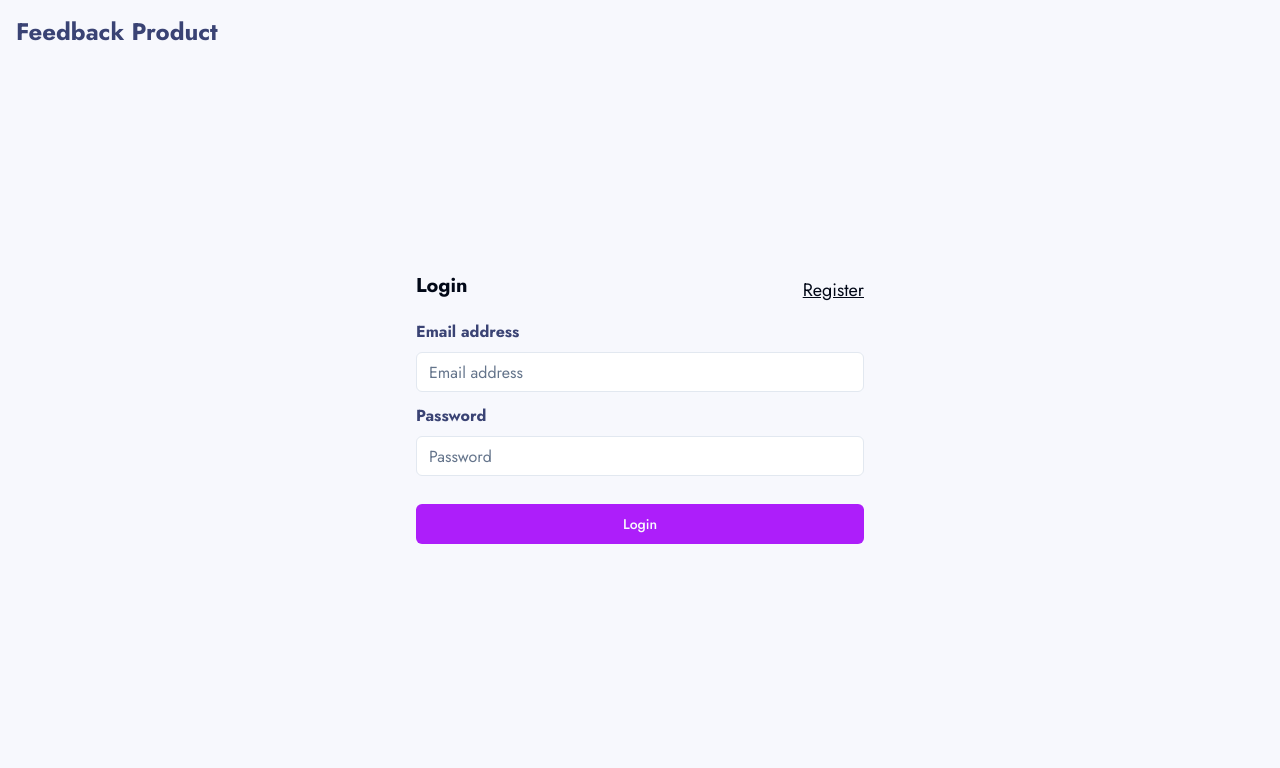
Repository: KornelJanczak/product-feedback-app
Page: /login
These files come from the project's save history. The page is drawn as it stood at one moment and after the next save; the edit follows.
The browser window is 1280 px wide. The pictures show the whole page.
The page's requests for data from a server got no answer. The project was rebuilt for these pictures with package versions that can differ from the ones it lists, and the page was loaded fresh each time. The framework's server and built-in components were replaced by stand-ins that run in the browser. No one was signed in, and anything a server would have sent is missing. Also part of the build but not shown: next.config.js, next.config.mjs.

Above is the page before, as saved 2024-01-28 19:47:52.

After the next save:
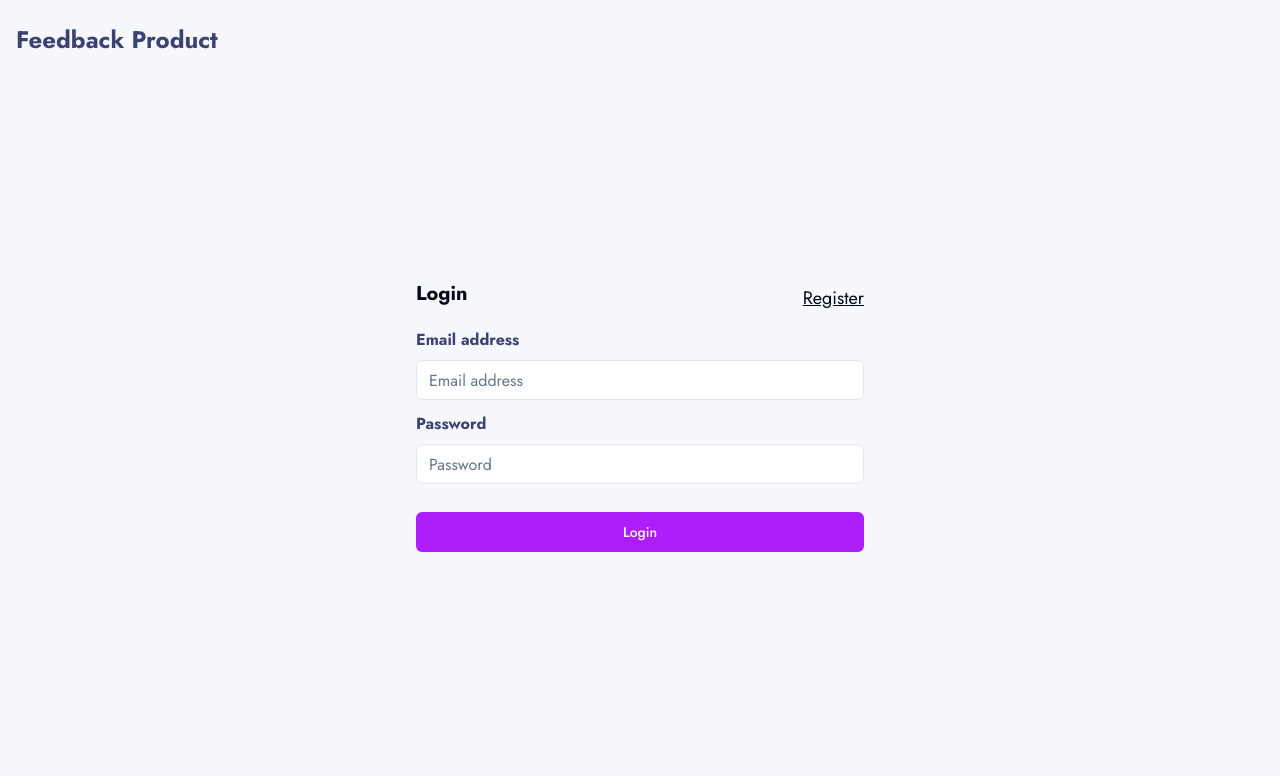
Saved 15 s later.
--- a/app/(auth)/layout.tsx
+++ b/app/(auth)/layout.tsx
@@ -3,7 +3,7 @@ import { ReactNode } from "react";
 export default function Layout({ children }: { children: ReactNode }) {
   return (
     <>
-      <header className="container text-2xl font-bold text-secondDark pt-4">
+      <header className="container text-2xl font-bold text-secondDark pt-6">
         <h2>Feedback Product</h2>
       </header>
       {children}
